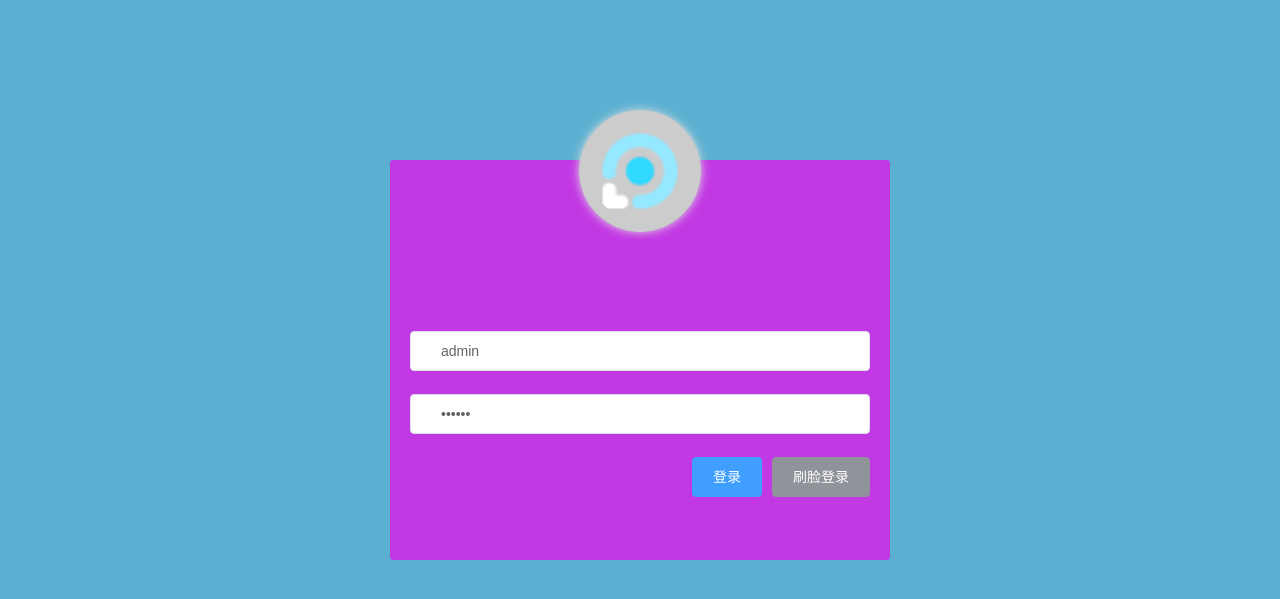
Repository: YUNjwyao/vue_hrm
Page: /
These files come from the project's save history. The page is drawn as it stood at one moment and after the next save; the edit follows.
The browser window is 1280 px wide. The pictures show the whole page.
The project was rebuilt for these pictures with package versions that can differ from the ones it lists, and the page was loaded fresh each time. Also part of the build but not shown: src/components/Employee/EmployeeQuery.vue, src/components/Employee/ShowAddEmployee.vue, src/components/Employee/ShowUpdateEmployee.vue, src/components/Notice/Notice.vue, src/components/Notice/ShowUpdateNotice.vue, src/components/Notice/ShowAddNotice.vue, src/components/Document/Document.vue, src/components/Document/ShowUpdateDocument.vue and 1 more.

Above is the page before, as saved 2020-10-16 09:18:01.

After the next save:
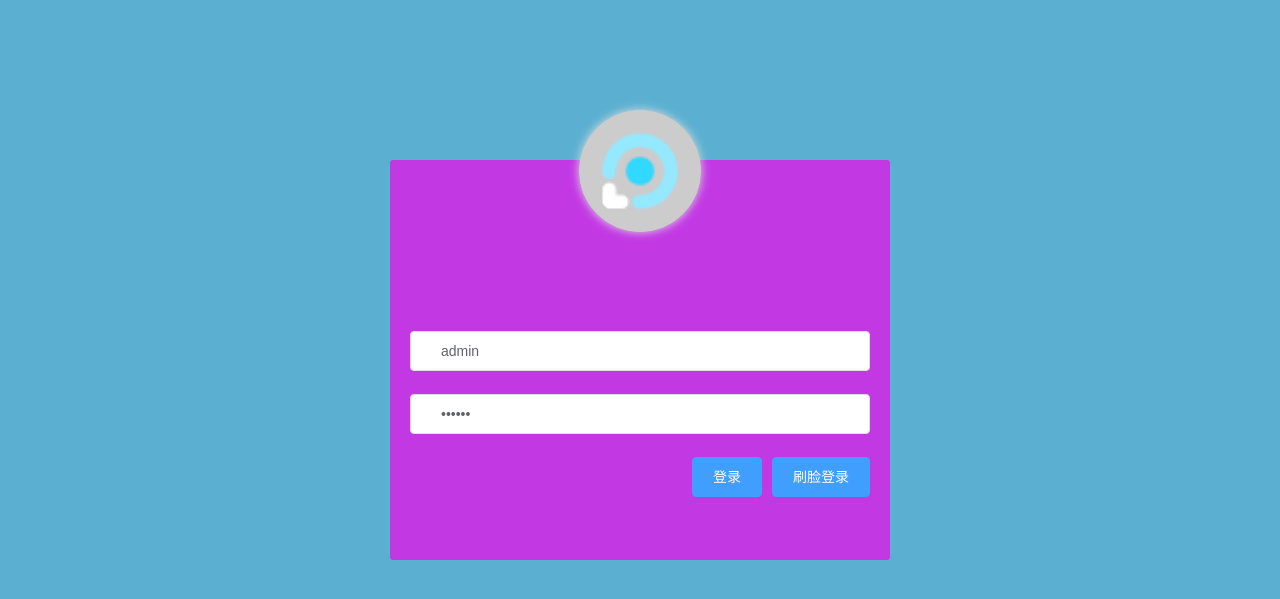
Saved 103 s later.
--- a/src/components/Login.vue
+++ b/src/components/Login.vue
@@ -19,7 +19,7 @@
                   <!-- 登录 -->
                   <el-button type="primary" @click="login">登录</el-button>
                   <!-- 刷脸登录 -->
-                  <el-button type="info" @click="resetForm">刷脸登录</el-button>
+                  <el-button type="primary" @click="resetForm">刷脸登录</el-button>
               </el-form-item>
            </el-form>
         </div>
